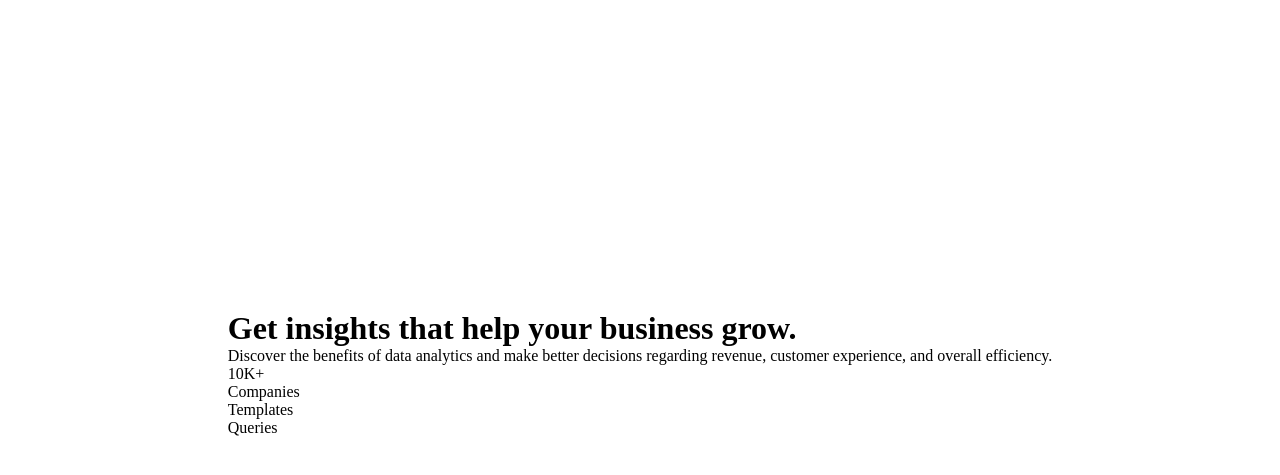
Repository: keisewarsame/stats-preview-frontendmentor
Page: index.html
An editor plug-in stored every save of this project. The page is shown before and after a run of saves, followed by the edit.
The browser window is 1280 px wide. The pictures show the whole page.

Above is the page before, as saved 2022-07-12 12:47:56.

### index.html
<!DOCTYPE html>
<html lang="en">
<head>
  <meta charset="UTF-8">
  <meta name="viewport" content="width=device-width, initial-scale=1.0"> <!-- displays site properly based on user's device -->
  <link rel="icon" type="image/png" sizes="32x32" href="./images/favicon-32x32.png">
  <link rel="stylesheet" href="styles.css">
  <title>Frontend Mentor | Stats preview card component</title>
</head>
<body>
    <div class="container">
        <div class="wrapper">
            <div class="text-component">
                <h1>Get insights that help your business grow.</h1>
                <p>Discover the benefits of data analytics and make better decisions regarding revenue, customer experience, and overall efficiency.</p>
                <div class="stats-component">
                    <div>
                        <p class="num">10K+</p>
                        <p>Companies</p>
                    </div>
                    <div>
                        <p class="num"></p>
                        <p>Templates</p>
                    </div>
                    <div>
                        <p class="num"></p>
                        <p>Queries</p>
                    </div>
                </div>
            </div>
            <div class="image-component">

            </div>
        </div>
    </div>
</body>
</html>

### styles.css
@import url('https://fonts.googleapis.com/css2?family=Inter:wght@400;700&family=Lexend+Deca&display=swap');

* {
    margin: 0;
    padding: 0;
}

body {
    display: flex;
    align-items: center;
    min-height: 100vh;
}

.container {
    margin: 0 auto;
    height: 100px;
}

After the next 4 saves:
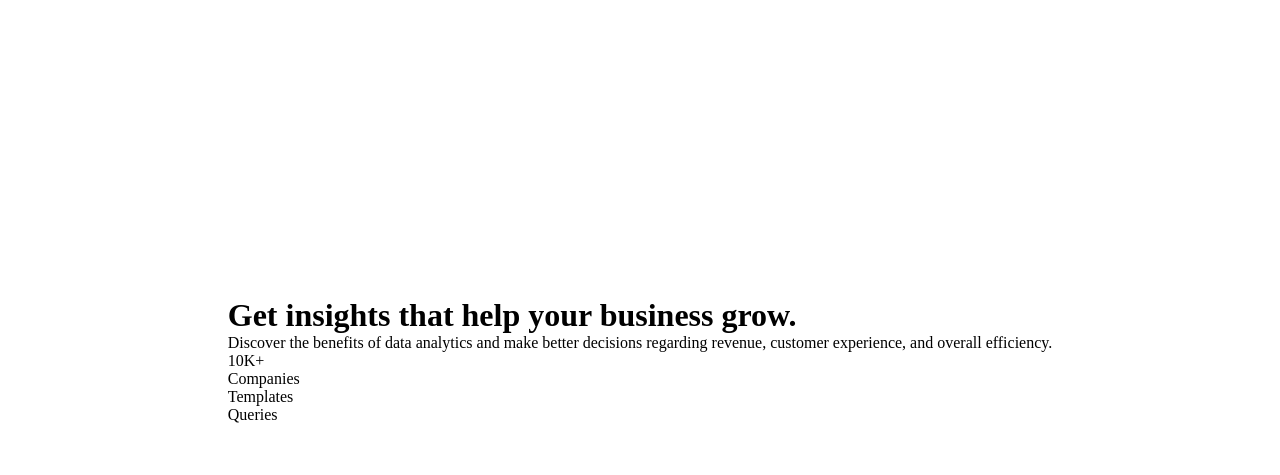
The 4 saves are shown as one change because they came seconds apart.
The last was saved 14 s later.
--- a/styles.css
+++ b/styles.css
@@ -13,5 +13,5 @@ body {
 
 .container {
     margin: 0 auto;
-    height: 100px;
+    max-width: 1040
 }
